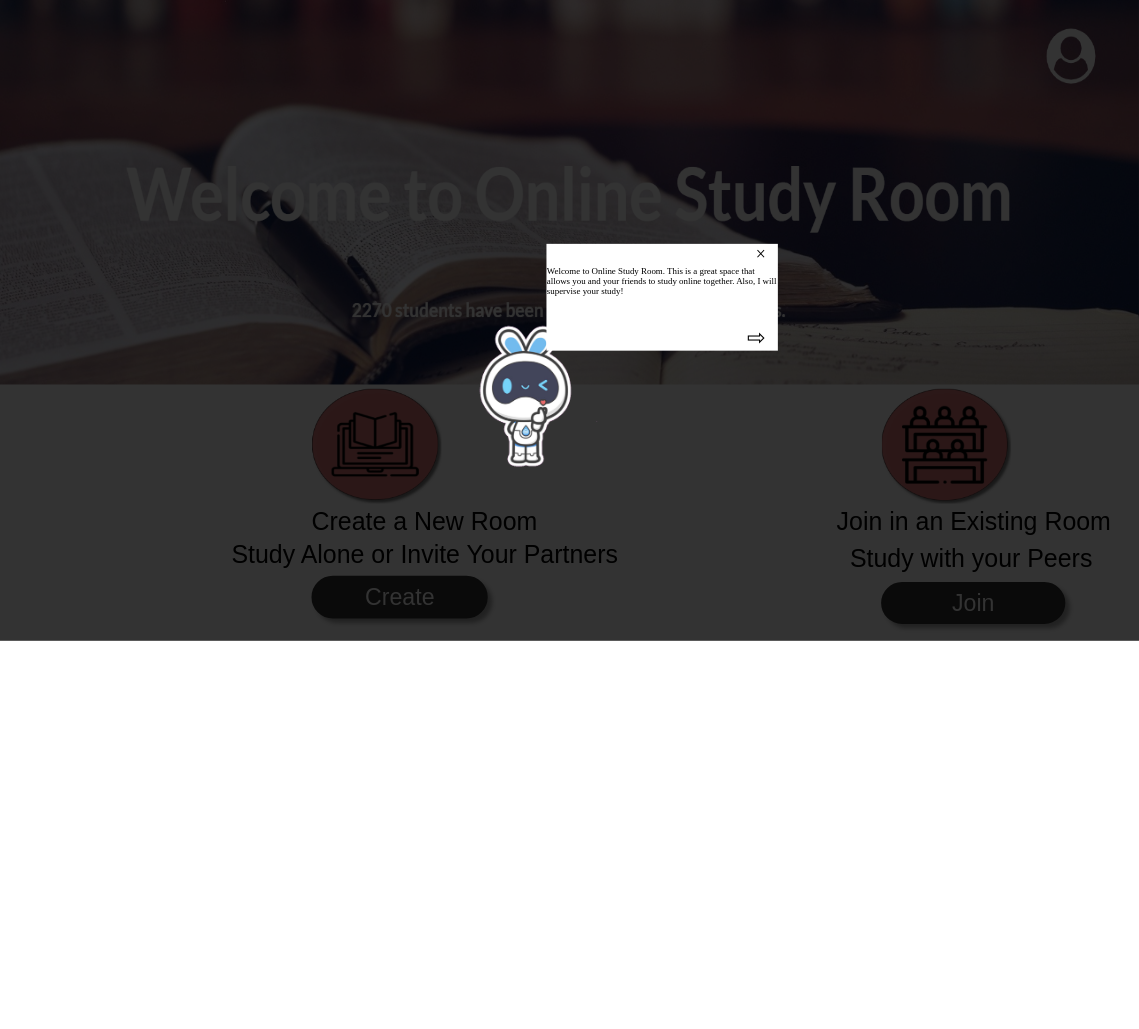
Repository: Team-Extrememe/Online-Study-Room
Page: home.html
An editor plug-in stored every save of this project. The page is shown before and after the next save, followed by the edit.
The browser window is 1280 px wide. The pictures show the whole page, at 89% of full size.

Above is the page before, as saved 2021-10-08 13:11:00.
Console error: TypeError: Cannot set properties of null (setting 'onclick')

### home.html
<!DOCTYPE html>
<html lang="en">
<head>
    <meta charset="UTF-8">
    <meta http-equiv="X-UA-Compatible" content="IE=edge">
    <meta name="viewport" content="width=device-width, initial-scale=1.0">
    <link rel="stylesheet" href="css/style.css">
    <script src="js/jquery-3.6.0.min.js" type="text/javascript"></script>
    <script type="text/javascript" src="js/javascript.js"></script>
    <title>Homepage</title>
</head>
<body>
    <img class="home" src="images/home.png" alt="home_header">
    <a href="login.html" class="account"></a>
    <img class="rabbit" src="images/rabbit1.png" alt="guide_rabbit">
    <div id="light3" class="guide_div">
        <div class="guide_text">
            <div class="close_guide_button">&times;</div>
            <div class="text1">
                Welcome to Online Study Room.  This is a great space that allows you and your friends to study online together.  Also, I will supervise your study!
            </div>
            <div class="next">&#8680;</div>
        </div>
    </div>
    <img class="rabbit2" src="images/rabbit2.png" alt="guide_rabbit2">
    <div id="light4" class="guide_div2">
        <div class="guide_text2">
            <div class="close_guide_button2">&times;</div>
            <span>You can create your own study room here!</span>
            <div class="back">&#8678;</div>
            <div class="next2">&#8680;</div>
        </div>
    </div>
    <img class="rabbit3" src="images/rabbit3.png" alt="guide_rabbit3">
    <div id="light5" class="guide_div3">
        <div class="guide_text3">
            <div class="close_guide_button3">&times;</div>
            <span>Or you can join other's study room.</span>
            <div class="back2">&#8678;</div>
            <div class="next3">&#8680;</div>
        </div>
    </div>
    <img class="rabbit4" src="images/rabbit3.png" alt="guide_rabbit4">
    <div id="light6" class="guide_div4">
        <div class="guide_text4">
            <div class="close_guide_button4">&times;</div>
            <span>You can create an account and log in here.</span>
            <div class="back3">&#8678;</div>
            <div class="next4">&#8680;</div>
        </div>
    </div>
    <img class="rabbit5" src="images/rabbit4.png" alt="guide_rabbit5">
    <div id="light7" class="guide_div5">
        <div class="guide_text5">
            <span>So now, start your learning~ I will always be with you.</span>
            <div class="repeat">Repeat</div>
            <div class="end">Ok</div>
        </div>
    </div>

    <div class="room_container">
        <div class="create_room">
            <img src="images/create.png" alt="create_room">
            <div class="create_text">
                <span class="span1">Create a New Room</span>
                <span class="span2">Study Alone or Invite Your Partners</span>
                <button class="create">Create</button>
            </div>
        </div>
        <div class="join_room">
            <img src="images/join.png" alt="join_room">
            <div class="join_text">
                <span class="span3">Join in an Existing Room</span>
                <span class="span4">Study with your Peers</span>
                <button class="join">Join</button>
            </div>
        </div>
    </div>

    <div id="light" class="popup">
        <div class="close_button">&times;</div>
        <div class="room_type">
            <label>Private
                <input class="private" type="checkbox" name="private">
            </label>
            <label>Public
                <input type="checkbox">
            </label>
        </div>
        <div class="room_info">
            <label>Number of people:</label>
            <input class="amount" type="text">
            <span>(Maxium is 6)</span>
            <br>
            <label>Time Setting:</label>
            <input id="time" type="time" step='1' min="00:00:00" max="24:00:00">
        </div>
        <div class="device">

        </div>
        <button class="confirm_create">Create</button>
    </div>
    <div id="light2" class="popup2">
        <div class="close_button2">&times;</div>
        <img src="images/join2.png" alt="join_other_rooms">
        <div class="room_type">
            <label>Private
                <input type="checkbox">
            </label>
            <label>Public
                <input type="checkbox">
            </label>
        </div>
        <button class="confirm_join">Join</button>
    </div>
    <div id="fade" class="black_overlay"></div>
    <div id="fade1" class="black"></div>
</body>
</html>

### css/style.css

.login{
    background: linear-gradient(144.9063727226063deg , rgba(250, 205, 145, 1) 28.000000000000004%, rgba(250, 248, 145, 1) 92%);
    margin: 0;
    padding: 0;
    height: 100vh;
    overflow: hidden;
}

body{
    margin: 0;
    padding: 0;
    height: 100vh;
    overflow: hidden;
}

div{
    display: block;
}

.login_container{
    position: absolute;
    top: 50%;
    left: 50%;
    transform: translate(-50%, -50%);
    width: 860px;
    background: white;
    height: 900px;
}

.login_container h1{
    text-align: center;
    padding: 0 0 20px 0;
    padding-top: 50px;
}

.login_container h3{
    text-align: center;
    padding-bottom: 50px;
}

.login_container form{
    padding: 0 100px;
    box-sizing: border-box;
}

form .txt_field{
    position: relative;
    margin: 30px 0;
}

.txt_field input{
    width: 60%;
    padding: 5px 5px;
    height: 40px;
    font-size: 16px;
    position: relative;
    left: 140px;
    top: 10px;
    margin-bottom: 30px;
    background-color: #f9f9f9;
    border-style: solid;
    border-color:  #d3d3d3;
    border-radius: 4px;
    border-width: 2px;
    text-indent: 0px;
    text-shadow: none;
    box-shadow: none;
}

.txt_field label{
    position: absolute;
    left: 140px;
    color: #8c8c8c;
    transform: translateY(-100%);
    font-size: 16px;

}

.remember{
    position: relative;
    left: 160px;
    color: #8c8c8c;
}

.check{
    position: relative;
    left: -140px;
}
.forgot{
    position: absolute;
    bottom: 392px;
    left: 480px;
}

.forgot a{
    text-decoration: none;
    color: rgb(43, 158, 217);
}

input[type="submit"]{
    border-width: 0px;
    position: absolute;
    left: 285px;
    top: 700px;
    width: 320px;
    height: 50px;
    background: inherit;
    background-color: rgba(30, 152, 215, 1);
    border: none;
    border-radius: 73px;
    box-shadow: none;
    font-weight: 400;
    font-style: normal;
    font-size: 25px;
    color: white;
    cursor: pointer;
}

input[type="submit"]:hover{
    background-color: rgba(30, 132, 207, 1);
}

.signup_link{
    position: absolute;
    bottom: 100px;
    left: 320px;
    color: #8c8c8c;
}

.signup_link a{
    text-decoration: none;
    color: rgb(43, 158, 217);
}

/* homepage*/

.home{
    width: 100%;
    height: 60%;
}

.account{
    display: inline-block;
    width: 88px;
    height: 81px;
    position: absolute;
    right: 69px;
    top: 41px;
    border-radius: 50%;
}

.room_container{
    width: 100%;
    height: 100%;
}

.create_room{
    width: 50%;
    float: left;
    /* margin-left: 350px; */
    height: 100%;
}

.create_room img{
    /* position: absolute;
    left: 450px; */
    padding-left: 350px;
    height: 18%;
}

.create_text{
    /* position: absolute;
    left: 420px;
    bottom: 100px; */
    font-family: 'Arial Negreta', 'Arial Normal', 'Arial', sans-serif;
    /* padding-left: 340px; */
    float: left;
    height: 10em;
}

.create_text span{
    word-break: normal;
    width: 100%;
    display: block;
    white-space: pre-wrap;
    word-wrap: break-word;
    overflow: hidden;
    padding-bottom: 10px;
    font-size: 28px;
}



.create_text span:nth-of-type(2){
    /* position: relative;
    left: -90px; */
    /* padding-left: -50px;
    text-align:left; */
}

.span1{
    padding-left: 350px;
    height: 18%;
}

.span2{
    padding-left: 260px;
    height: 18%;
}

.create{
    margin-left: 350px;
    /* height: 18%; */
}

.create_text button{
    /* position: relative;
    left: 30px; */
    width: 31%;
    height: 30%;
    background: inherit;
    background-color: rgba(51, 51, 51, 1);
    box-sizing: border-box;
    border-width: 3px;
    border-style: solid;
    border-color: rgba(51, 51, 51, 1);
    border-radius: 71px;
    box-shadow: 5px 5px 5px rgb(0 0 0 / 35%);
    font-size: 26px;
    color: rgba(255, 255, 255, 0.996078431372549);
    cursor: pointer;
}

.join_room{
    width: 50%;
    float: right;
    height: 100%;
}

.join_room img{
    /* position: absolute;
    right: 450px; */
    padding-left: 350px;
    height: 18%;
}

.join_text{
    /* position: absolute;
    right: 420px;
    bottom: 100px; */
    font-family: 'Arial Negreta', 'Arial Normal', 'Arial', sans-serif;
    float: left;
}

.join_text span{
    word-break: normal;
    width: auto;
    display: block;
    white-space: pre-wrap;
    word-wrap: break-word;
    overflow: hidden;
    padding-bottom: 10px;
    font-size: 28px;
    /* position: relative;
    right: -40px; */
}

.span3{
    padding-left: 300px;
    height: 18%;
}

.span4{
    padding-left: 315px;
    height: 18%;
}

.join_text span:nth-of-type(2){
    /* position: relative;
    right: -60px; */
}

.join_text button{
    /* position: relative;
    right: -85px; */
    margin-left: 350px;
    width: 207px;
    height: 47px;
    background: inherit;
    background-color: rgba(51, 51, 51, 1);
    box-sizing: border-box;
    border-width: 3px;
    border-style: solid;
    border-color: rgba(51, 51, 51, 1);
    border-radius: 71px;
    box-shadow: 5px 5px 5px rgb(0 0 0 / 35%);
    font-size: 26px;
    color: rgba(255, 255, 255, 0.996078431372549);
    cursor: pointer;
}

/* pop-up*/

.room_info input{
    border: 0;
    outline: 0;
    background: transparent;
    border-bottom: 1px solid black;
}

.popup{
    display: none;
    position: absolute;
    top: 35%;
    left: 37%;
    width: 500px;
    height: 240px;
    border: 10x solid black;
    background-color: white;
    z-index:1002;
    overflow: auto;
}

.popup2{
    display: none;
    position: absolute;
    top: 35%;
    left: 37%;
    width: 500px;
    height: 240px;
    border: 10x solid black;
    background-color: white;
    z-index:1002;
    overflow: auto;
}

.popup2 img{
    position: relative;
    left: 45%;
    top: 10px;
}

.popup2 .room_type{
    position: absolute;
    top: 38%;
}

.black_overlay{
    display: none;
    position: absolute;
    top: 0%;
    left: 0%;
    width: 100%;
    height: 100%;
    background-color: black;
    z-index:1001;
    opacity:.80;
    filter: alpha(opacity=88);
}

.close_button{
    position: absolute;
    right: 20px;
    top: 0px;
    font-size: 35px;
    cursor: pointer;
}

.close_button2{
    position: absolute;
    right: 20px;
    top: 0px;
    font-size: 35px;
    cursor: pointer;
}

.room_type{
    position: absolute;
    left: 28%;
    top: 10%;
    font-size: 20px;
}

.room_type label{
    padding-right: 40px;
}

.room_info{
    position: absolute;
    top: 20%;
    left: 20%;
    margin-top: 25px;
}

.room_info input{
    width: 70px;
}

.room_info label{
    display: inline-block;
    margin-bottom: 25px;
}

.confirm_create{
    position: absolute;
    bottom: 10px;
    left: 35%;
    width: 170px;
    height: 40px;
    background: inherit;
    background-color: rgba(51, 51, 51, 1);
    box-sizing: border-box;
    border-width: 3px;
    border-style: solid;
    border-color: rgba(51, 51, 51, 1);
    border-radius: 71px;
    box-shadow: 3px 2px 3px rgb(0 0 0 / 35%);
    font-size: 16px;
    color: rgba(255, 255, 255, 0.996078431372549);
    cursor: pointer;
}

.confirm_join{
    position: absolute;
    bottom: 25px;
    left: 35%;
    width: 170px;
    height: 40px;
    background: inherit;
    background-color: rgba(51, 51, 51, 1);
    box-sizing: border-box;
    border-width: 3px;
    border-style: solid;
    border-color: rgba(51, 51, 51, 1);
    border-radius: 71px;
    box-shadow: 3px 2px 3px rgb(0 0 0 / 35%);
    font-size: 16px;
    color: rgba(255, 255, 255, 0.996078431372549);
    cursor: pointer;
}

/* rabbit guide*/

.rabbit{
    width: 160px;
    height: 180px;
    float: left;
    position: absolute;
    left: 40%;
    top: 50%;
    display: block;
    position: absolute;
    background-color: transparent;
    z-index:1002;
    overflow: auto;
}

.rabbit2{
    width: 400px;
    /* height: 180px; */
    float: left;
    position: absolute;
    left: 31%;
    top: 56%;
    display: none;
    position: absolute;
    background-color: transparent;
    z-index:1002;
    overflow: auto;
}

.rabbit3{
    width: 400px;
    /* height: 180px; */
    float: left;
    position: absolute;
    left: 53%;
    top: 56%;
    display: none;
    position: absolute;
    background-color: transparent;
    z-index:1002;
    overflow: auto;
}

.rabbit4{
    width: 400px;
    /* height: 180px; */
    float: left;
    position: absolute;
    right: 5%;
    top: 12%;
    display: none;
    position: absolute;
    background-color: transparent;
    z-index:1002;
    overflow: auto;
}

.rabbit5{
    width: 200px;
    height: 200px;
    float: left;
    position: absolute;
    left: 35%;
    top: 56%;
    display: none;
    position: absolute;
    background-color: transparent;
    z-index:1002;
    overflow: auto;
}

.black{
    display: none;
    position: absolute;
    top: 0%;
    left: 0%;
    width: 100%;
    height: 100%;
    background-color: black;
    z-index:1001;
    opacity:.80;
    filter: alpha(opacity=88);
}

.guide_div {
    display: block;
    position: absolute;
    top: 38%;
    left: 48%;
    width: 260px;
    height: 120px;
    border: 10x solid black;
    background-color: white;
    z-index:1002;
    overflow: auto;
}

.guide_div2{
    display: none;
    position: absolute;
    bottom: 30%;
    left: 27%;
    width: 215px;
    height: 70px;
    border: 10x solid black;
    background-color: white;
    z-index:1002;
    overflow: none;
}

.guide_div3{
    display: none;
    position: absolute;
    bottom: 31%;
    right: 22%;
    width: 215px;
    height: 70px;
    border: 10x solid black;
    background-color: white;
    z-index:1002;
    overflow: none;
}

.guide_div4{
    display: none;
    position: absolute;
    top: 14%;
    right: 1%;
    width: 215px;
    height: 70px;
    border: 10x solid black;
    background-color: white;
    z-index:1002;
    overflow: none;
}

.guide_div5{
    display: none;
    position: absolute;
    bottom: 37%;
    left: 44%;
    width: 215px;
    height: 70px;
    border: 10x solid black;
    background-color: white;
    z-index:1002;
    overflow: none;
}

/* .text1::before{
    background-color: #F2F2F2;
    bottom: -5px;
    box-shadow: -2px 2px 2px 0 rgba(178, 178, 178, 0.4);
    content: " ";
    display: block;
    height: 13px;
    left: 5px;
    position: absolute;
    transform: rotate(-35deg) skew(-35deg);
    width: 15px;
} */

#fade1{
    display: block;
}

.light3{
    display: block;
}

.light4{
    display: block;
}

.light5{
    display: block;
}

.light6{
    display: block;
}

.light7{
    display: block;
}

.text1{
    font-size: 10px;
    position: absolute;
    top: 25px;
    /* background-color: #F2F2F2;
    border-radius: 5px;
    box-shadow: 0 0 6px #B2B2B2;
    display: inline-block;
    padding: 10px 18px;
    position: relative;
    vertical-align: top;
    float: left;
    margin: 5px 45px 5px 20px;     */
}

.guide_text2 span{
    font-size: 14px;
    position: absolute;
    top: 20px;
}

.guide_text3 span{
    font-size: 14px;
    position: absolute;
    top: 20px;
}

.guide_text4 span{
    font-size: 14px;
    position: absolute;
    top: 20px;
}

.guide_text5 span{
    font-size: 14px;
    position: absolute;
}

.close_guide_button{
    position: absolute;
    right: 14px;
    top: 0px;
    font-size: 20px;
    cursor: pointer;
}

.close_guide_button2{
    position: absolute;
    left: 184px;
    top: -2px;
    font-size: 20px;
    cursor: pointer;
}

.close_guide_button3{
    position: absolute;
    left: 184px;
    top: -2px;
    font-size: 20px;
    cursor: pointer;
}

.close_guide_button4{
    position: absolute;
    left: 184px;
    top: -2px;
    font-size: 20px;
    cursor: pointer;
}

.next{
    position: absolute;
    right: 14px;
    bottom: 0;
    font-size: 25px;
    cursor: pointer;
}

.next2{
    position: absolute;
    right: 14px;
    bottom: 0;
    font-size: 25px;
    cursor: pointer;
}

.next3{
    position: absolute;
    right: 14px;
    bottom: 0;
    font-size: 25px;
    cursor: pointer;
}

.next4{
    position: absolute;
    right: 14px;
    bottom: 0;
    font-size: 25px;
    cursor: pointer;
}

.back{
    position: absolute;
    right: 35px;
    bottom: 0;
    font-size: 25px;
    cursor: pointer;
}

.back2{
    position: absolute;
    right: 35px;
    bottom: 0;
    font-size: 25px;
    cursor: pointer;
}

.back3{
    position: absolute;
    right: 35px;
    bottom: 0;
    font-size: 25px;
    cursor: pointer;
}

.repeat, .end{
    font-size: 10px;
}

.repeat{
    position: absolute;
    right: 52px;
    bottom: 4px;
    cursor: pointer;
}

.end{
    position: absolute;
    right: 14px;
    bottom: 4px;
    cursor: pointer;
}

/* main page*/

Loaded but not shown: js/jquery-3.6.0.min.js (library); js/javascript.js (410 lines, source omitted)

After the next save:
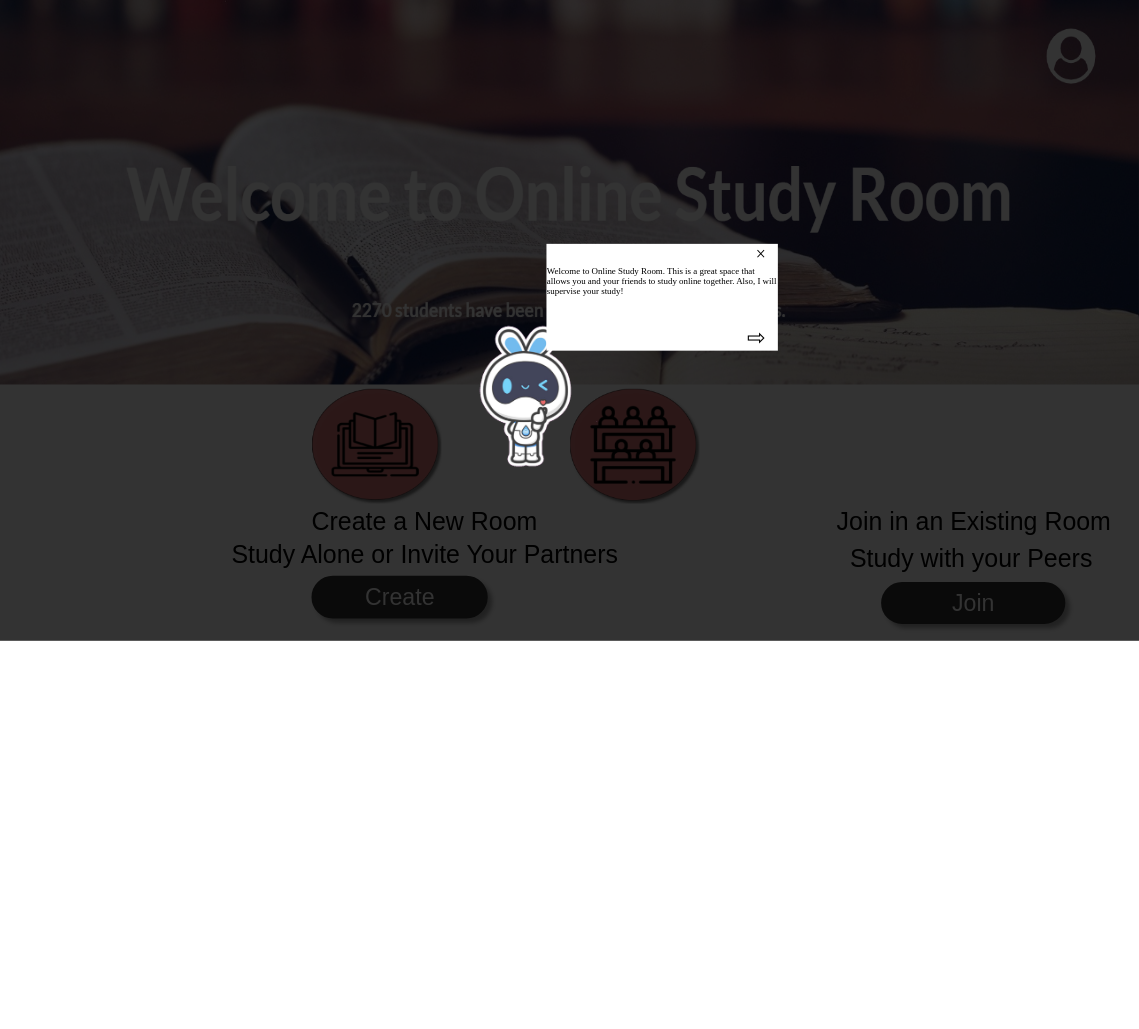
Saved 48 s later.
--- a/css/style.css
+++ b/css/style.css
@@ -241,7 +241,7 @@
 .join_room img{
     /* position: absolute;
     right: 450px; */
-    padding-left: 350px;
+    padding-right: 350px;
     height: 18%;
 }
 

After the save that followed:
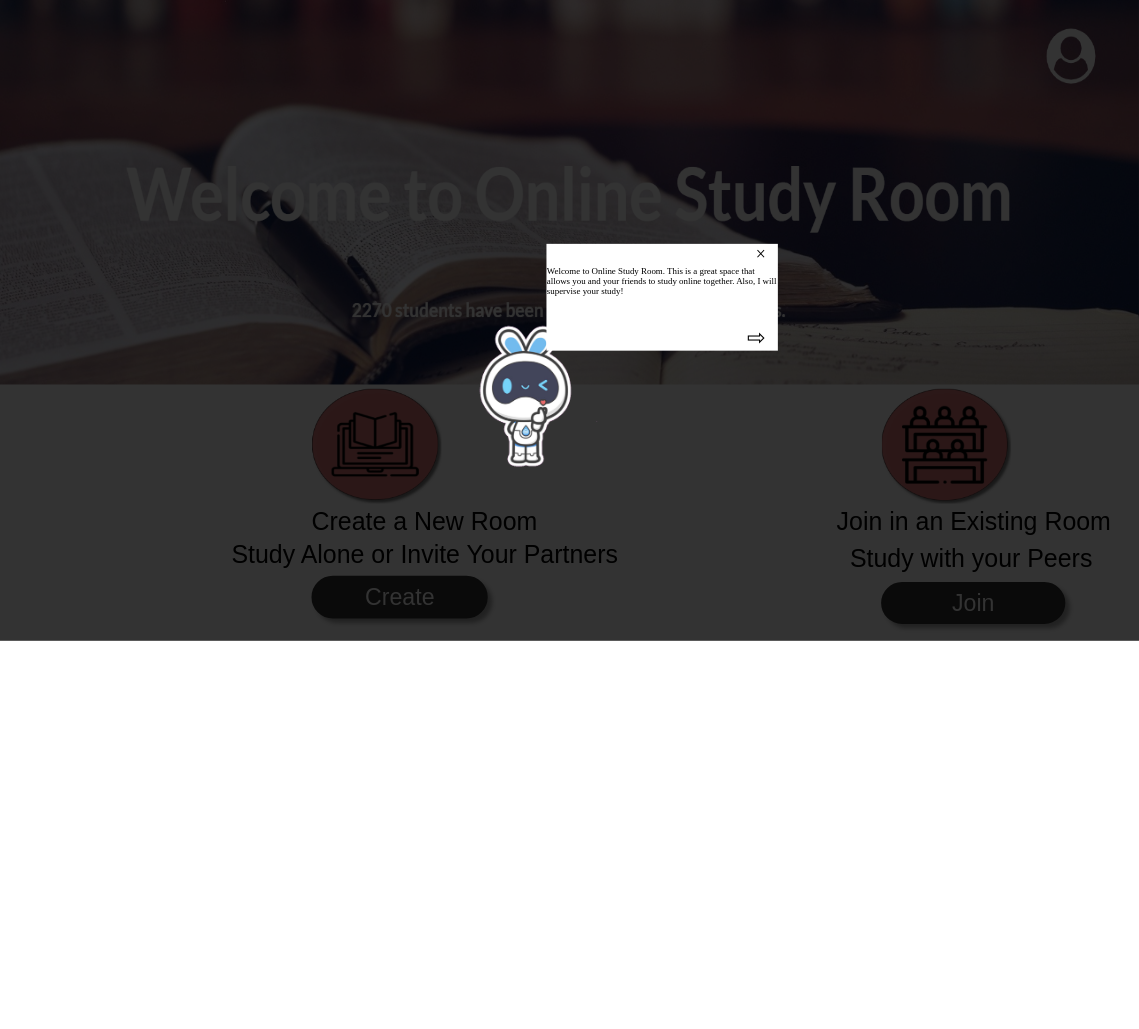
Saved 4 s later.
--- a/css/style.css
+++ b/css/style.css
@@ -241,7 +241,7 @@
 .join_room img{
     /* position: absolute;
     right: 450px; */
-    padding-right: 350px;
+    padding-left: 350px;
     height: 18%;
 }
 
